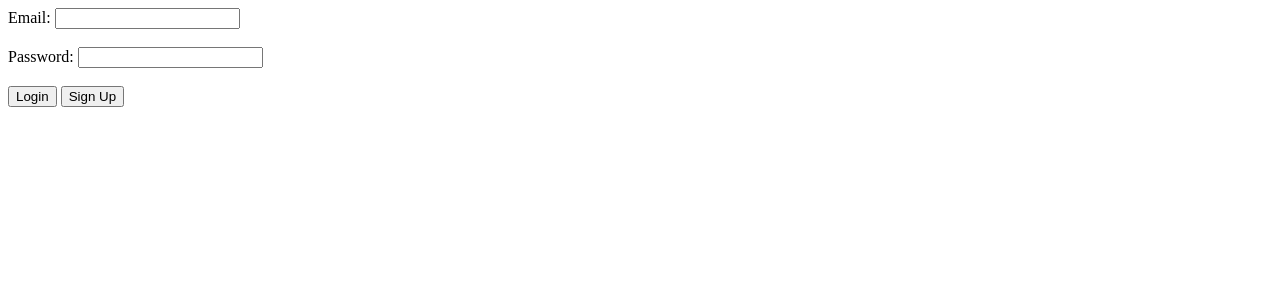
Repository: Shraddha-Khilari/Advance-JAVA
Page: http://localhost/movie-review-mvc/
An editor plug-in stored every save of this project. The page is shown before and after the next save, followed by the edit.
The browser window is 1280 px wide. The pictures show the whole page.
The page is served by Tomcat 9. Other server files are loaded and not shown.

Above is the page before, as saved 2023-11-30 02:52:52.

### Day11/movie-review-mvc/src/main/webapp/index.jsp
<!DOCTYPE html>
<html lang="en">
<head>
    <meta charset="UTF-8">
    <meta name="viewport" content="width=device-width, initial-scale=1.0">
    <title>Login Here</title>
</head>
<body>
    <form action="login" method="post">
        Email: <input type="text" name="email"/> <br/><br/>
        Password: <input type="password" name="passwd"/> <br/><br/>
        <input type="submit" value="Login"/>
                <input type="submit" value="Sign Up"/>

    </form>
</body>
</html>

After the next save:
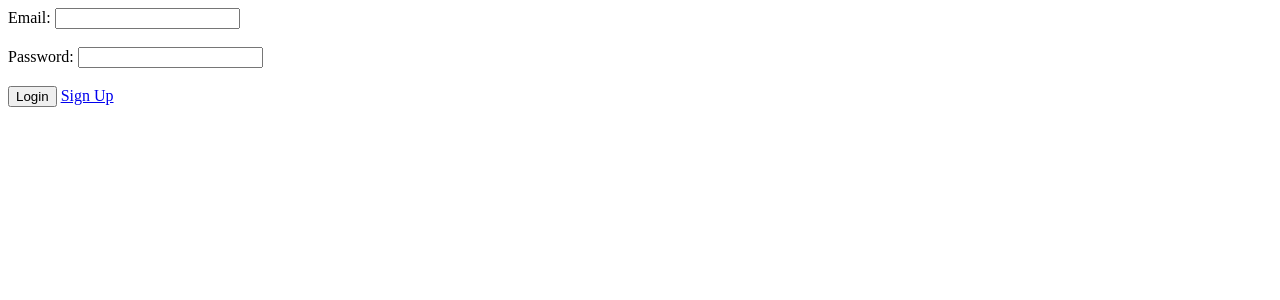
Saved 2 min 7 s later.
--- a/Day11/movie-review-mvc/src/main/webapp/index.jsp
+++ b/Day11/movie-review-mvc/src/main/webapp/index.jsp
@@ -10,7 +10,7 @@
         Email: <input type="text" name="email"/> <br/><br/>
         Password: <input type="password" name="passwd"/> <br/><br/>
         <input type="submit" value="Login"/>
-                <input type="submit" value="Sign Up"/>
+            <a href="/register">Sign Up</a>
 
     </form>
 </body>
